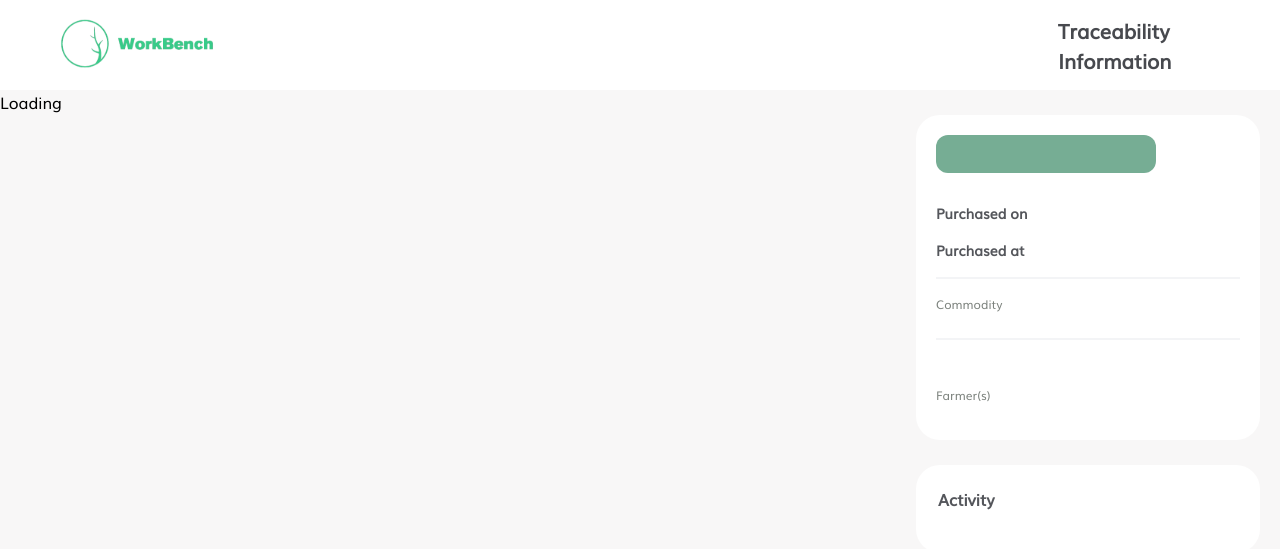
Repository: Hamezry/Traceability-Page
Page: /
The author's editor kept a copy of each file at every save. The page is drawn from the files as they stood at one save, then again after the next save.
The browser window is 1280 px wide. The pictures show the whole page.
The page's requests for data from a server got no answer. The project was rebuilt for these pictures with package versions that can differ from the ones it lists, and the page was loaded fresh each time. No one was signed in, and anything a server would have sent is missing.

Above is the page before, as saved 2022-09-18 09:10:30.

After the next save:
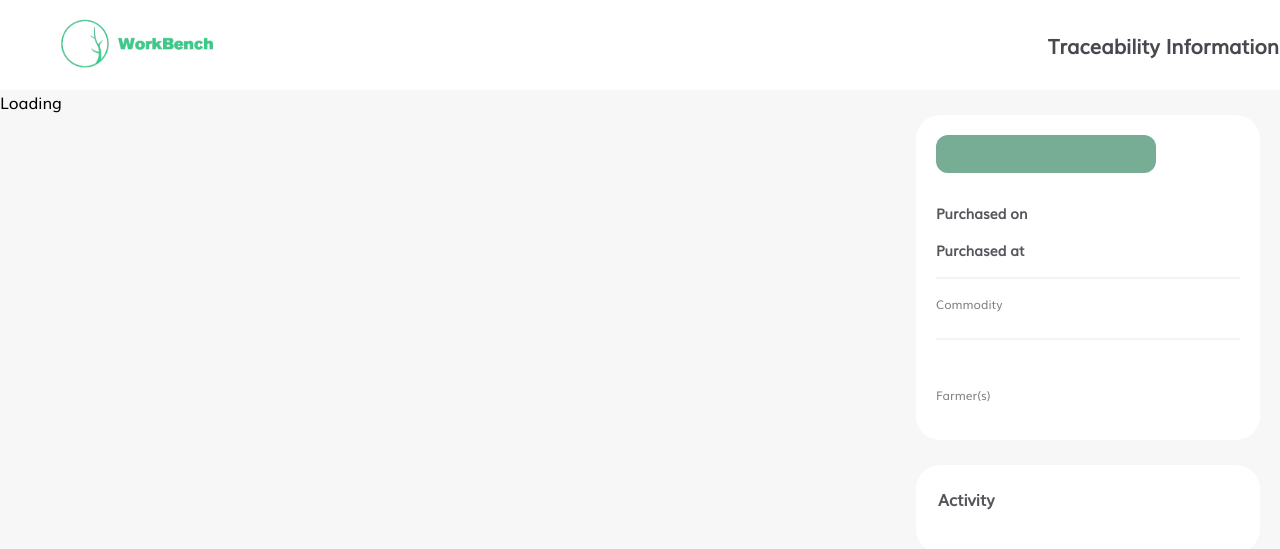
Saved 18 s later.
--- a/src/components/Navbar.js
+++ b/src/components/Navbar.js
@@ -3,7 +3,7 @@ import logo from '../Assets/logo.svg'
 
 const Navbar = () => {
   return (
-    <div className='w-full flex  lg:gap-[820px] h-[90px] bg-white sticky font-muli  z-30  top-0 lg:items-center'>
+    <div className='w-full flex  lg:gap-[810px] h-[90px] bg-white sticky font-muli  z-30  top-0 lg:items-center'>
 
         <img src= {logo} alt='nav-icon' className='h-[80px] w-[188px] lg:ml-[50px]'/>
         <p className='hidden lg:block text-[#47494E] font-semibold  text-[20px]'>Traceability Information</p>
